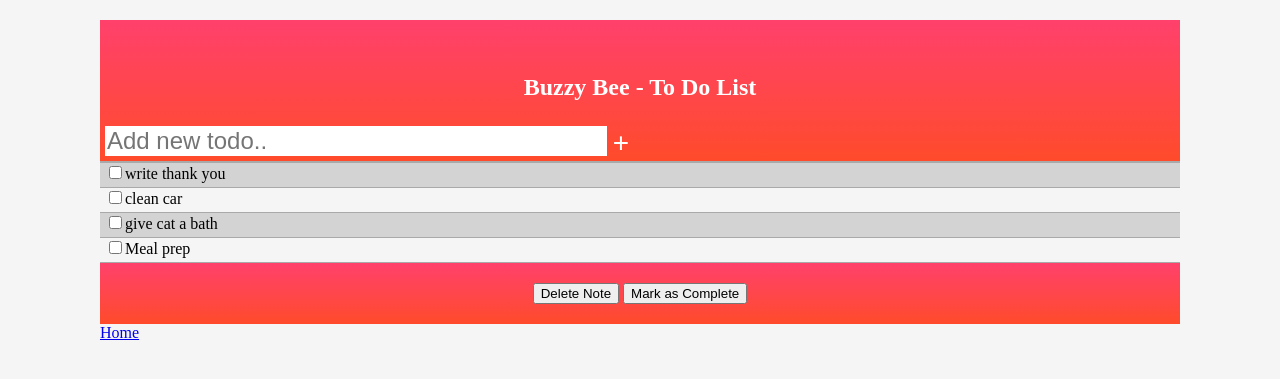
Repository: seleniadelgado/backend-spring2020-angie
Page: projects/todo/public_html/index.html
These files come from the project's save history. The page is drawn as it stood at one moment and after the next save; the edit follows.
The browser window is 1280 px wide. The pictures show the whole page.
The page's requests for data from a server got no answer.

Above is the page before, as saved 2020-05-12 22:05:55.

### projects/todo/public_html/index.html
<!DOCTYPE html>

<html lang="en">
    <head>
        <meta charset="utf-8">
        <title>Buzzy Bee - To Do List</title>
        <meta name="description" content="The HTML5 Herald">
        <meta name="author" content="SitePoint">
        <link rel="stylesheet" href="styles.css">
        <script
            src="https://code.jquery.com/jquery-3.5.0.min.js"
            integrity="sha256-xNzN2a4ltkB44Mc/Jz3pT4iU1cmeR0FkXs4pru/JxaQ="
            crossorigin="anonymous">
        </script>
</head>
<body>
    <div class="sectionTitle">
        <div class="appTitle">
            <h2>Buzzy Bee - To Do List</h2>
        </div>
        <div id="addNote">
            <input type="text" id="newNote" placeholder="Add new todo..">
            <button class="addBtn">+</button>
        </div>
    </div>

    <ul id="myList">
        <li><label><input type="checkbox"><span>write thank you</span></label></li>
        <li><label><input type="checkbox"><span>clean car</span></label></li>
        <li><label><input type="checkbox"><span>give cat a bath</span></label></li>
        <li><label><input type="checkbox"><span>Meal prep</span></label></li>
    </ul>
    <div class="buttonsArea">
        <button type="button">Delete Note</button>
        <button type="button">Mark as Complete</button>
    </div>






















    <a href="http://localhost:3000/">Home</a>



    <script>
        $(document).ready(() => {
            let objectToSend = {
                note: "Do somethings",
                author: "Nick"
            }

            $.post("http://localhost:3000/newNote", objectToSend, (dataToGet) => {
                console.log(dataToGet);
            });
            $.post("http://localhost:3000/readNotes", {}, (dataToGet) => {
                let allNotesArray = dataToGet.notes;

                console.log(allNotesArray);
            })
        })

        //import the data from default user
        // make JSON into JS with parse.
        //with the list we want to populate our ul.
        //use jquery to access the dom, grab the string
        //loop over notes
        //add the note as an li to the ul
        //  Create li with jquery.
        //  target the ul with jquery and append the li.
        //note: $('<li></li>'')
        //      $('ul') -> a jquery list which holds the ul.
        //      get 1st element from the array

    </script>
</body>
</html>

### projects/todo/public_html/styles.css
:root {
    --main-color: linear-gradient(#FF416C, #FF4B2B);
    --background-color: whitesmoke;
}

html {
    background: var(--background-color);
    height: 100%;
}
* {
    box-sizing: border-box;
}
body {
    margin: 0px 100px 75px 100px;
}

.sectionTitle {
    background: var(--main-color);
    text-align: center;
    border-bottom: 2px solid darkgray;
    margin-top: 0%;
}

.appTitle h2 {
    color: white;
    padding-top: 5%;
}
#addNote {
    display: flex;
    align-items: flex-start;
    padding: 5px;
    height: 30px;
    width: 50%;
    margin-bottom: 10px;
    font-family: 'Gill Sans', 'Gill Sans MT', Calibri, 'Trebuchet MS', sans-serif;
}
.addBtn {
    margin-left: 0%;
    margin-bottom: 2%;
    font-size: 28px;
    color: white;
    border: none;
    background: none;
}
#newNote {
    border: none;
    width: 100%;
    height: 150%;
    font-size: 24px;
}

#myList li:nth-child(odd) {
    background: lightgray;
  }
#myList {
    list-style: none;
    padding: 0px;
    margin-top: 0px;
    margin-bottom: 0px;
}

#myList li {
    cursor: pointer;
    height: 25px;
    border-bottom: 1px solid darkgray;
    background-color: whitesmoke;
    padding-left: 5px;
}
.buttonsArea {
    background: var(--main-color);
    text-align: center;
    padding: 20px;
}

After the next save:
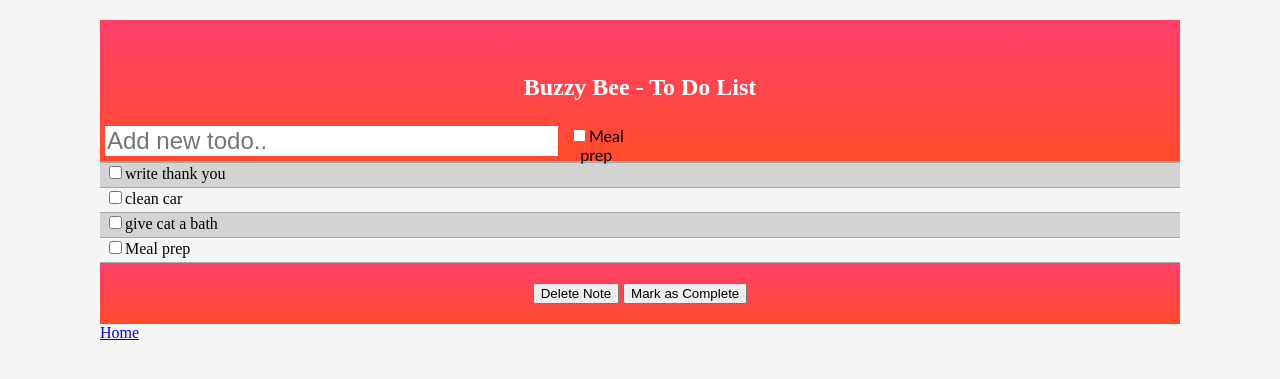
Saved 38 s later.
--- a/projects/todo/public_html/index.html
+++ b/projects/todo/public_html/index.html
@@ -20,7 +20,7 @@
         </div>
         <div id="addNote">
             <input type="text" id="newNote" placeholder="Add new todo..">
-            <button class="addBtn">+</button>
+            <label><input type="checkbox"><span>Meal prep</span></label>
         </div>
     </div>
 
